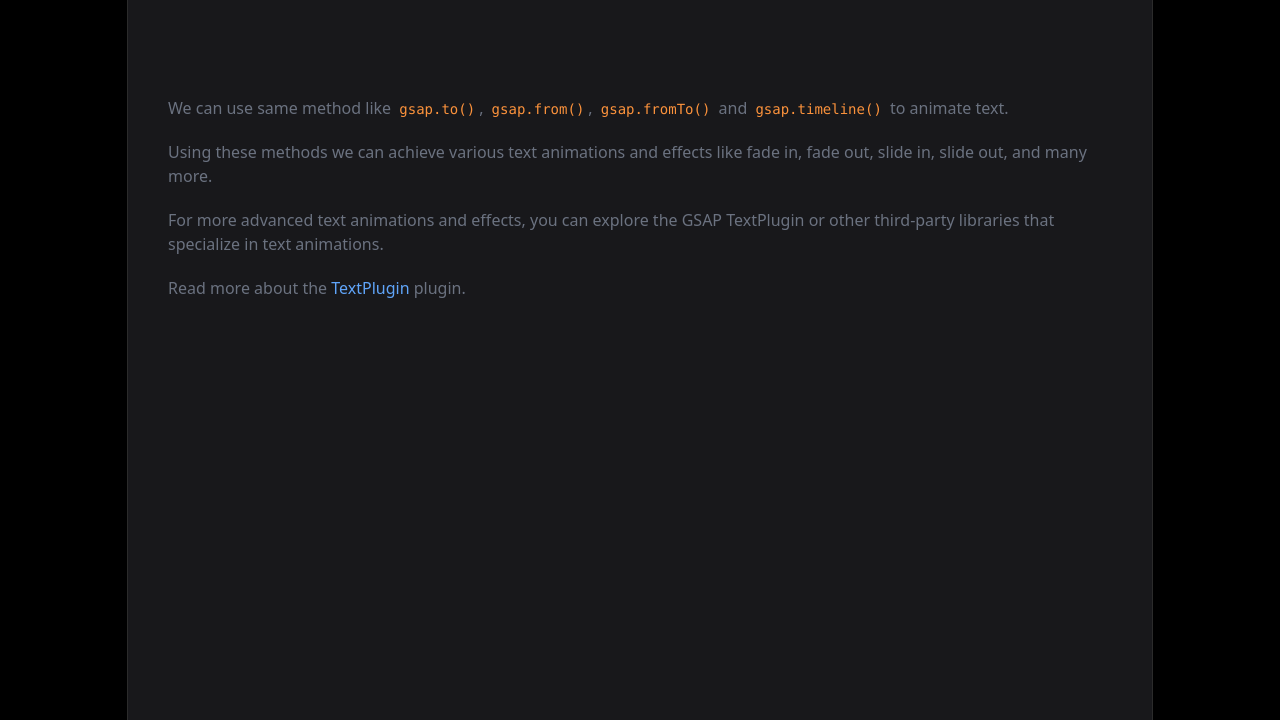
Repository: mgoyeghiaian/gsap-Starter
Page: /gsaptext
An editor plug-in stored every save of this project. The page is shown before and after a run of saves, followed by the edit.
The browser window is 1280 px wide. The pictures show the whole page.
The project was rebuilt for these pictures with package versions that can differ from the ones it lists, and the page was loaded fresh each time. Also part of the build but not shown: vite.config.js, src/pages/Home.jsx, src/pages/GsapTo.jsx, src/pages/GsapFrom.jsx, src/pages/GsapFromTo.jsx, src/pages/GsapStagger.jsx, src/pages/GsapTimeline.jsx, src/pages/GsapScrollTrigger.jsx.

Above is the page before, as saved 2024-03-18 00:16:44.

### src/pages/GsapText.jsx
import { useGSAP } from "@gsap/react";
import gsap from "gsap";

const GsapText = () => {
  // TODO: Implement gsap text animation
  useGSAP(() => {
    gsap.to('#text', {
      ease: 'power1.inOut',
    })
  }, [])
  return (
    <main>
      <h1 id="text" className="opacity-0 translate-y-10">
        GsapText
      </h1>

      <p className="mt-5 text-gray-500 para">
        We can use same method like <code>gsap.to()</code>,{" "}
        <code>gsap.from()</code>, <code>gsap.fromTo()</code> and{" "}
        <code>gsap.timeline()</code> to animate text.
      </p>

      <p className="mt-5 text-gray-500 para">
        Using these methods we can achieve various text animations and effects
        like fade in, fade out, slide in, slide out, and many more.
      </p>

      <p className="mt-5 text-gray-500 para">
        For more advanced text animations and effects, you can explore the GSAP
        TextPlugin or other third-party libraries that specialize in text
        animations.
      </p>

      <p className="mt-5 text-gray-500 para">
        Read more about the{" "}
        <a
          href="https://greensock.com/docs/v3/Plugins/TextPlugin"
          target="_blank"
          rel="noreferrer noopener nofollow"
        >
          TextPlugin
        </a>{" "}
        plugin.
      </p>
    </main>
  );
};

export default GsapText;

Loaded but not shown: index.html (common file); src/main.jsx (common file); src/App.jsx (common file); src/index.css (common file); src/pages/index.jsx (common file); tailwind.config.js (common file)

After the next 5 saves:
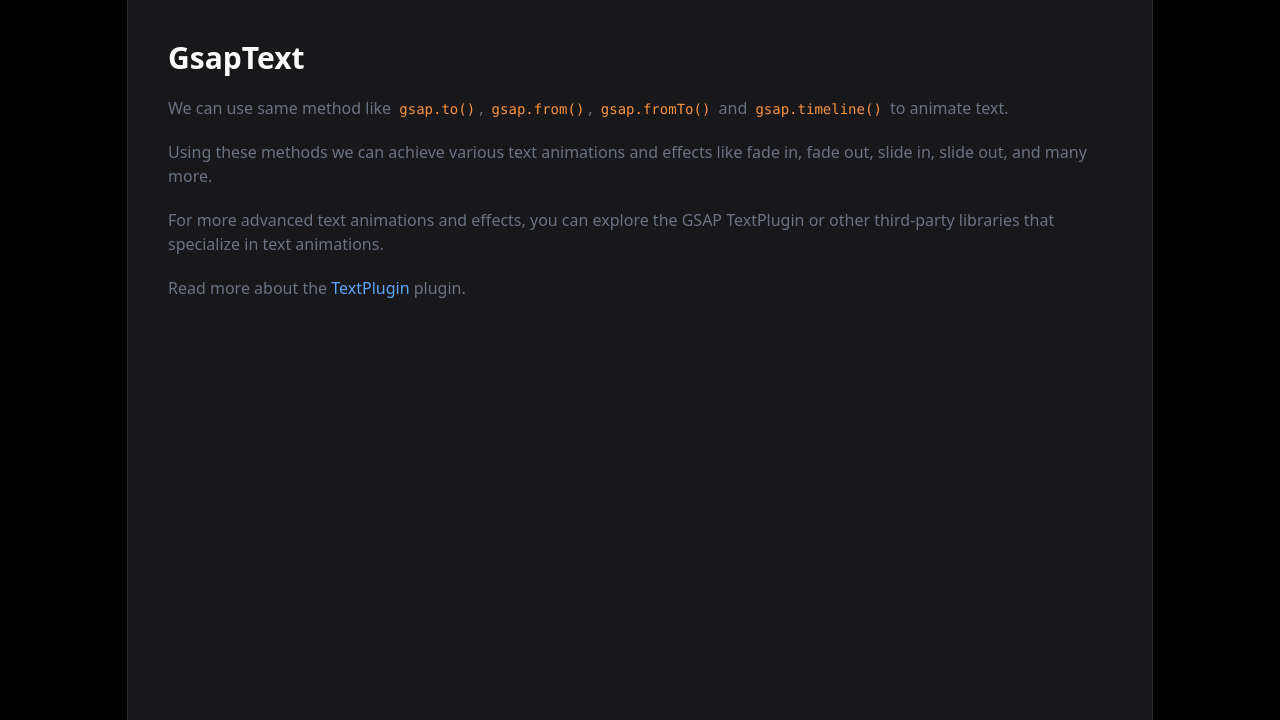
The 5 saves are shown as one change because they came seconds apart.
The last was saved 15 s later.
--- a/src/pages/GsapText.jsx
+++ b/src/pages/GsapText.jsx
@@ -6,6 +6,8 @@
   useGSAP(() => {
     gsap.to('#text', {
       ease: 'power1.inOut',
+      opacity: 1,
+      y: 0
     })
   }, [])
   return (
